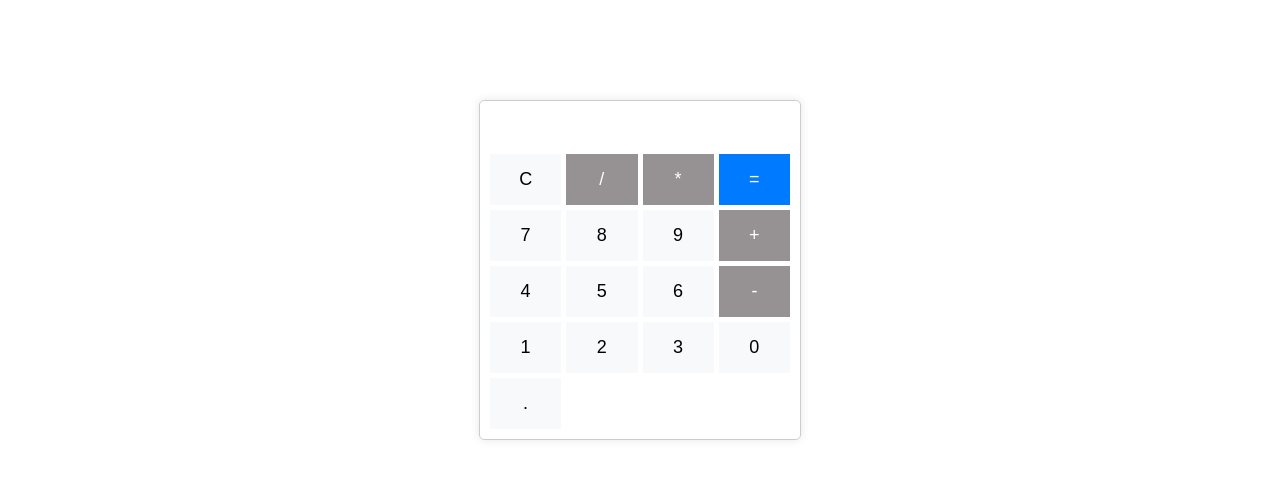
Repository: om9011/calculator
Page: index.html
The author's editor kept a copy of each file at every save. The page is drawn from the files as they stood at one save, then again after the next save.
The browser window is 1280 px wide. The pictures show the whole page.

Above is the page before, as saved 2024-02-21 11:07:04.

### index.html
<!DOCTYPE html>
<html lang="en">
<head>
  <meta charset="UTF-8">
  <meta name="viewport" content="width=device-width, initial-scale=1.0">
  <title>Calculator</title>
  <link rel="stylesheet" href="styles.css">
</head>
<body>
  <div class="calculator">
    <input type="text" id="display" readonly>
    <div class="buttons">
      <button onclick="clearDisplay()">C</button>
      <button class="operator" onclick="appendToDisplay('/')">/</button>
      <button class="operator" onclick="appendToDisplay('*')">*</button>
      <button class="calculate" onclick="calculate()">=</button>

      <button onclick="appendToDisplay('7')">7</button>
      <button onclick="appendToDisplay('8')">8</button>
      <button onclick="appendToDisplay('9')">9</button>
      <button class="operator" onclick="appendToDisplay('+')">+</button>

      <button onclick="appendToDisplay('4')">4</button>
      <button onclick="appendToDisplay('5')">5</button>
      <button onclick="appendToDisplay('6')">6</button>
      <button class="operator" onclick="appendToDisplay('-')">-</button>

      <button onclick="appendToDisplay('1')">1</button>
      <button onclick="appendToDisplay('2')">2</button>
      <button onclick="appendToDisplay('3')">3</button>
      <button onclick="appendToDisplay('0')">0</button>

      <button onclick="appendToDisplay('.')">.</button>
    </div>
  </div>
  <script src="script.js"></script>
</body>
</html>

### styles.css
.calculator {
  width: 300px;
  margin: 100px auto;
  border: 1px solid #ccc;
  padding: 10px;
  border-radius: 5px;
  box-shadow: 0 0 10px rgba(0, 0, 0, 0.1);
}

#display {
  width: calc(100% - 20px);
  margin-bottom: 10px;
  padding: 5px;
  font-size: 20px;
  border: none;
  border-radius: 3px;
  outline: none;
}

.buttons {
  display: grid;
  grid-template-columns: repeat(4, 1fr);
  gap: 5px;
}

button {
  padding: 15px;
  font-size: 18px;
  border: none;
  outline: none;
  cursor: pointer;
  background-color: #f8f9fa;
  transition: background-color 0.3s ease;
}

button:hover {
  background-color: #e9ecef;
  color: black;
}

.operator {
  background-color: #969293;
  color: #fff;
}

.calculate {
  background-color: #007bff;
  color: #fff;
}

### script.js
function appendToDisplay(value) {
    document.getElementById('display').value += value;
  }

  function clearDisplay() {
    document.getElementById('display').value = '';
  }

  function calculate() {
    var display = document.getElementById('display');
    try {
      display.value = eval(display.value);
    } catch (error) {
      display.value = 'Error';
    }
  }

After the next save:
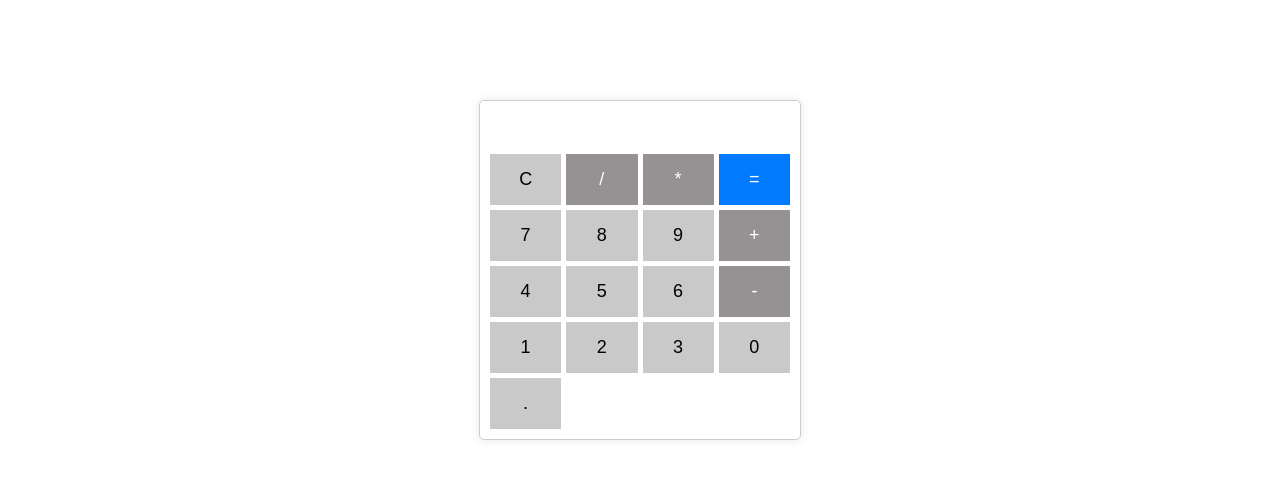
Saved 16 s later.
--- a/styles.css
+++ b/styles.css
@@ -29,7 +29,7 @@ button {
   border: none;
   outline: none;
   cursor: pointer;
-  background-color: #f8f9fa;
+  background-color: #c9c9c9;
   transition: background-color 0.3s ease;
 }
 
